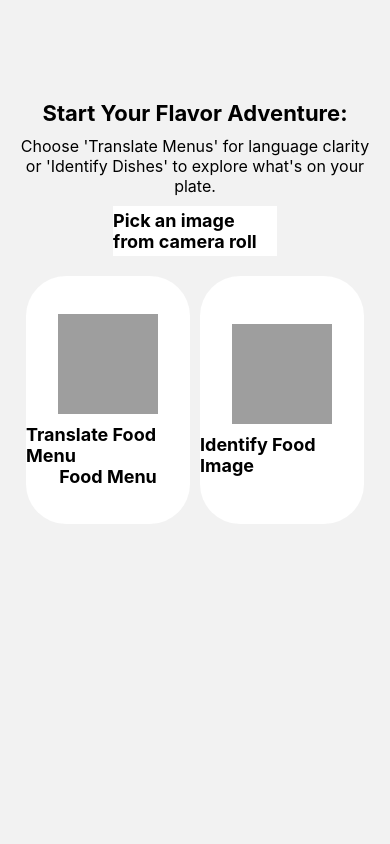
Repository: djdjdallas/taste-without-borders
Screen: /Home
These files come from the project's save history. The screen is drawn as it stood at one moment and after the next save; the edit follows.
Pictures or frames that could not be fetched are drawn as grey boxes. The app was drawn by React Native's web renderer in a window 390 px wide. The project was rebuilt for these pictures with package versions that can differ from the ones it lists, and the page was loaded fresh each time.

Above is the screen before, as saved 2023-12-26 20:29:21.

### App.js
import React from "react";
import { NavigationContainer } from "@react-navigation/native";
import { createNativeStackNavigator } from "@react-navigation/native-stack";
import HomeScreen from "./HomeScreen"; // Make sure the path is correct
import StartScreen from "./StartScreen";

const Stack = createNativeStackNavigator();

const App = () => {
  return (
    <NavigationContainer>
      <Stack.Navigator>
        <Stack.Screen name="Start" component={StartScreen} />
        <Stack.Screen name="Home" component={HomeScreen} />
        {/* You can add more screens to your navigator here */}
      </Stack.Navigator>
    </NavigationContainer>
  );
};

export default App;

### HomeScreen.js
import React, { useLayoutEffect, useState } from "react";
import {
  StyleSheet,
  View,
  Button,
  Image,
  Alert,
  Text,
  TouchableOpacity,
} from "react-native";
import * as ImagePicker from "expo-image-picker";
import { useNavigation } from "@react-navigation/native";
const iconForAnalyzeImage = {
  uri: "https://i.ibb.co/Y84cDxp/food1.png",
};
const iconForAnalyzeFoodImage = {
  uri: "https://i.ibb.co/VWjgcK5/food2.png",
};

const HomeScreen = () => {
  const navigation = useNavigation();
  const [selectedImage, setSelectedImage] = useState(null);
  const [responseText, setResponseText] = useState("");

  const pickImage = async () => {
    const { status } = await ImagePicker.requestMediaLibraryPermissionsAsync();
    if (status !== "granted") {
      Alert.alert(
        "Permissions required",
        "Sorry, we need camera roll permissions to make this work!"
      );
      return;
    }

    let result = await ImagePicker.launchImageLibraryAsync({
      mediaTypes: ImagePicker.MediaTypeOptions.Images,
      allowsEditing: true,
      aspect: [4, 3],
      quality: 1,
      base64: true,
    });

    if (!result.canceled && result.assets && result.assets[0].base64) {
      setSelectedImage(result.assets[0].base64);
    }
  };

  const handleResponse = (responseText) => {
    const dishes = responseText.split("\n");
    const formattedResponse = dishes.join("\n\n");
    setResponseText(formattedResponse);
  };

  const analyzeImage = async () => {
    if (selectedImage) {
      const apiKey = "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"; // Replace with your actual API key
      const endpoint = "https://api.openai.com/v1/chat/completions"; // Replace with your actual API endpoint

      const payload = {
        model: "gpt-4-vision-preview", // Replace with your model name
        messages: [
          {
            role: "user",
            content: [
              {
                type: "text",
                text: "Analyze this image and translate it into English?",
              },
              {
                type: "image_url",
                image_url: {
                  url: `data:[embedded picture, 41 characters]
                },
              },
            ],
          },
        ],
        max_tokens: 300,
      };

      try {
        const response = await fetch(endpoint, {
          method: "POST",
          headers: {
            "Content-Type": "application/json",
            Authorization: `Bearer ${apiKey}`,
          },
          body: JSON.stringify(payload),
        });

        if (!response.ok) {
          throw new Error(`HTTP error! status: ${response.status}`);
        }

        const data = await response.json();
        if (data.choices && data.choices[0]) {
          handleResponse(data.choices[0].message.content);
        } else {
          setResponseText("Unexpected response structure");
        }
      } catch (error) {
        setResponseText(`Error: ${error.message}`);
      }
    } else {
      setResponseText("No image selected");
    }
  };

  const analyzeFoodImage = async () => {
    if (selectedImage) {
      const apiKey = "YOUR_API_KEY"; // Replace with your actual API key
      const endpoint = "YOUR_API_ENDPOINT"; // Replace with your actual API endpoint

      const payload = {
        model: "YOUR_MODEL_NAME", // Replace with your model name
        messages: [
          {
            role: "user",
            content: [
              {
                type: "text",
                text: "Analyze this food image and describe it with humor.",
              },
              {
                type: "image_url",
                image_url: {
                  url: `data:[embedded picture, 41 characters]
                },
              },
            ],
          },
        ],
        max_tokens: 300,
      };

      try {
        const response = await fetch(endpoint, {
          method: "POST",
          headers: {
            "Content-Type": "application/json",
            Authorization: `Bearer ${apiKey}`,
          },
          body: JSON.stringify(payload),
        });

        if (!response.ok) {
          throw new Error(`HTTP error! status: ${response.status}`);
        }

        const data = await response.json();
        if (data.choices && data.choices[0]) {
          handleResponse(data.choices[0].message.content);
        } else {
          setResponseText("Unexpected response structure");
        }
      } catch (error) {
        setResponseText(`Error: ${error.message}`);
      }
    } else {
      setResponseText("No image selected");
    }
  };
  useLayoutEffect(() => {
    navigation.setOptions({
      headerShown: false,
    });
  }, []);

  return (
    <View style={styles.container}>
      <View style={styles.textContainer}>
        <Text style={styles.titleText}>Start Your Flavor Adventure:</Text>
        <Text style={styles.descriptionText}>
          Choose 'Translate Menus' for language clarity or 'Identify Dishes' to
          explore what's on your plate.
        </Text>
      </View>

      <TouchableOpacity style={styles.pickButton} onPress={pickImage}>
        <Text style={styles.buttonText}>Pick an image from camera roll</Text>
      </TouchableOpacity>

      {selectedImage && (
        <Image
          source={{ uri: `data:[embedded picture, 40 characters] }}
          style={styles.image}
        />
      )}

      <View style={styles.buttonGroup}>
        <TouchableOpacity style={styles.button} onPress={analyzeImage}>
          <Image source={iconForAnalyzeImage} style={styles.icon} />
          <Text style={styles.buttonText}>Translate Food Menu</Text>
          <Text style={styles.buttonText}>Food Menu</Text>
        </TouchableOpacity>

        <TouchableOpacity style={styles.button} onPress={analyzeFoodImage}>
          <Image source={iconForAnalyzeFoodImage} style={styles.icon} />
          <Text style={styles.buttonText}>Identify Food Image</Text>
        </TouchableOpacity>
      </View>

      {responseText ? (
        <Text style={styles.responseText}>{responseText}</Text>
      ) : null}
    </View>
  );
};

const styles = StyleSheet.create({
  container: {
    flex: 1,
    justifyContent: "flex-start",
    alignItems: "center",
    padding: 20,
    backgroundColor: "#F2F2F2",
  },
  textContainer: {
    alignItems: "left",
    marginTop: 80,
  },
  titleText: {
    fontSize: 22,
    fontWeight: "bold",
    textAlign: "center",
  },
  descriptionText: {
    fontSize: 16,
    textAlign: "center",
    marginVertical: 10,
  },
  buttonGroup: {
    flex: 1,
    flexDirection: "row",
    marginTop: 20,
    gap: 10,
  },
  button: {
    width: 164,
    height: 248,
    justifyContent: "center",
    alignItems: "center",
    // Assuming you want to set the width to 80% of the screen width
    alignItems: "center",
    backgroundColor: "white",
    borderRadius: 40,
  },
  pickButton: {
    width: 164,
    height: 50,
    justifyContent: "center",
    alignItems: "center",
    // Assuming you want to set the width to 80% of the screen width
    alignItems: "center",
    backgroundColor: "white",
  },
  buttonText: {
    fontSize: 18,
    color: "#000000",
    fontWeight: "bold",
  },
  icon: {
    width: 100, // Set the icon size you want
    height: 100, // Set the icon size you want
    marginBottom: 10, // Space between icon and text
  },
  image: {
    width: 200,
    height: 200,
    margin: 10,
  },
  responseText: {
    marginTop: 20,
    padding: 10,
    borderWidth: 1,
    borderColor: "#ddd",
    borderRadius: 5,
  },
});

export default HomeScreen;

### StartScreen.js
import {
  View,
  Text,
  Image,
  TouchableOpacity,
  ImageBackground,
  StyleSheet,
} from "react-native";
import React, { useLayoutEffect } from "react";
import { useNavigation } from "@react-navigation/native";

const image = { uri: "https://i.ibb.co/RQYb1f7/i-Phone-11-Pro-Max-1.png" };
const hero = { uri: "https://i.ibb.co/zQtzrR4/hero-2.png" };

const StartScreen = () => {
  const navigation = useNavigation();

  useLayoutEffect(() => {
    navigation.setOptions({
      headerShown: false,
    });
  }, []);
  return (
    <View style={styles.container}>
      <ImageBackground source={hero} resizeMode="cover" style={styles.image}>
        <TouchableOpacity
          style={styles.button}
          onPress={() => {
            navigation.navigate("Home");
            /* Handle the press event */
          }}
        >
          <Text style={styles.text}>Get Started</Text>
        </TouchableOpacity>
      </ImageBackground>
    </View>
  );
};

const styles = StyleSheet.create({
  container: {
    flex: 1,
  },
  image: {
    flex: 1,
    justifyContent: "flex-end", // Aligns children to the bottom
    alignItems: "center", // Centers children horizontally
  },
  text: {
    color: "#FA4A0C", // Given text color
    fontSize: 16, // Adjusted for typical button text
    fontWeight: "bold",
  },
  button: {
    width: 314, // Width as per your requirement
    height: 70, // Height as per your requirement
    justifyContent: "center", // Center the text vertically
    alignItems: "center", // Center the text horizontally
    backgroundColor: "white", // Button background color
    marginBottom: 80, // Distance from the bottom
    borderRadius: 50, // Distance from the bottom
  },
});

export default StartScreen;

After the next save:
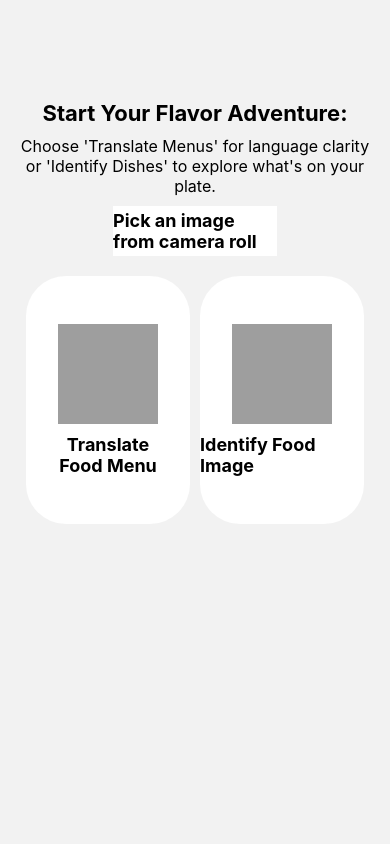
Saved 5 s later.
--- a/HomeScreen.js
+++ b/HomeScreen.js
@@ -190,7 +190,7 @@ const HomeScreen = () => {
       <View style={styles.buttonGroup}>
         <TouchableOpacity style={styles.button} onPress={analyzeImage}>
           <Image source={iconForAnalyzeImage} style={styles.icon} />
-          <Text style={styles.buttonText}>Translate Food Menu</Text>
+          <Text style={styles.buttonText}>Translate</Text>
           <Text style={styles.buttonText}>Food Menu</Text>
         </TouchableOpacity>
 
